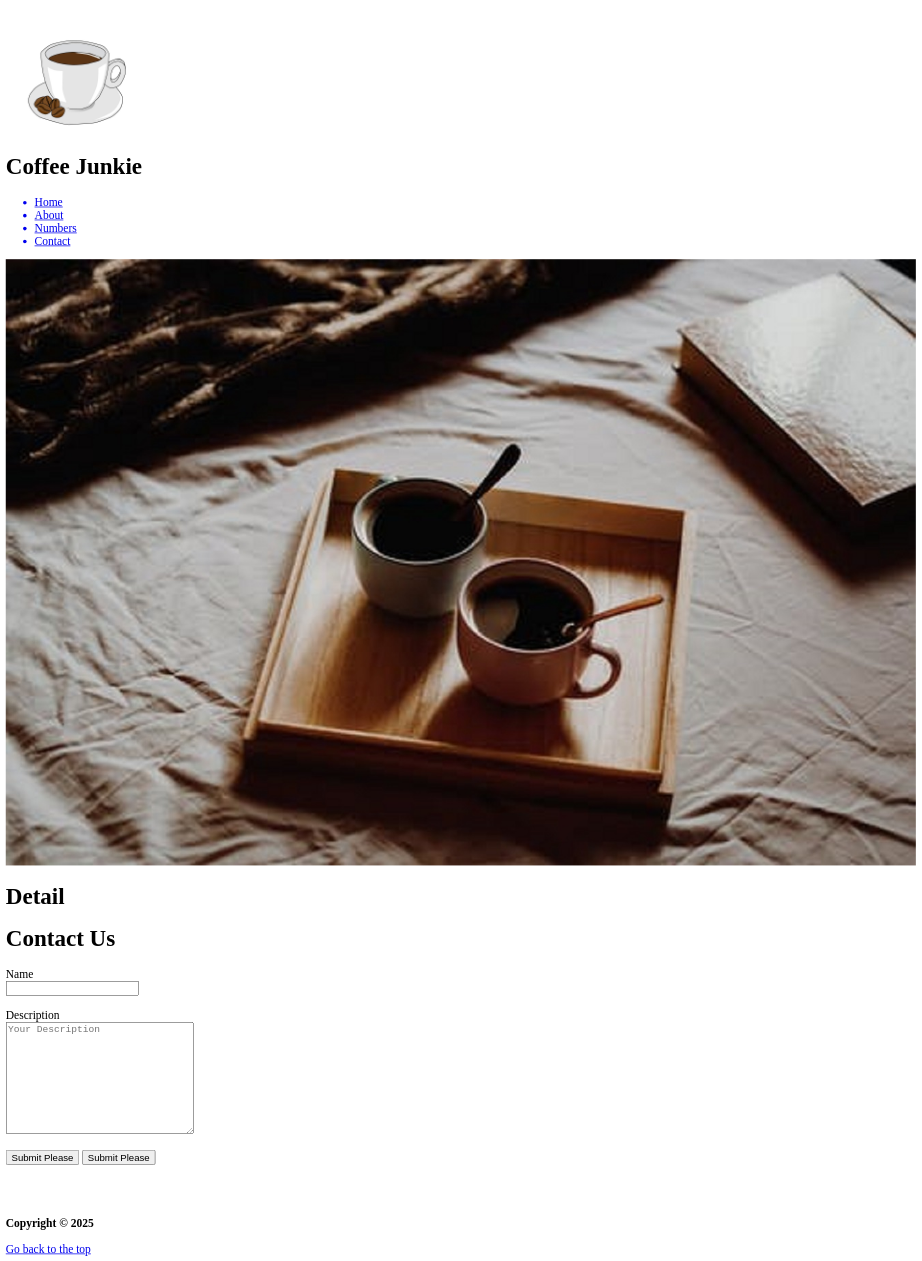
Repository: Tranghii/HTML-CSS
Page: HTML&CSS/miniExercise/index.html
An editor plug-in stored every save of this project. The page is shown before and after a run of saves, followed by the edit.
The browser window is 1280 px wide. The pictures show the whole page, at 72% of full size.

Above is the page before, as saved 2025-10-11 22:16:58.

### HTML&CSS/miniExercise/index.html
<!DOCTYPE html>
<html lang="en">
<head>
    <meta charset="UTF-8">
    <meta name="viewport" content="width=device-width, initial-scale=1.0">
    <title>Coffee Junkie Home</title>
</head>
<body>
    <div>
        <img id="top" src="images/coffeelogo.png" height="180" alt="coffee">
        <h1>Coffee Junkie</h1>
        <ul>
            <a href="#"><li>Home</li></a>
            <a href="about.html"><li>About</li></a>
            <a href="number.html"><li>Numbers</li></a>
            <a href="contact.html"><li>Contact</li></a>
        </ul>
        <img src="images/coffeeimage.jpeg" width="100%" alt="coffee">

        <div id="Detail">
            <h1>Detail</h1>
            <h2></h2>
            <form action="">
                <h1>Contact Us</h1>
                <label for="">Name</label> <br>
                <input type="text" name="Name" id="">
                <br><br>
                <label for="">Description</label><br>
                <textarea name="" id="" cols="30" rows="10" placeholder="Your Description"></textarea><br><br>
            <input type="submit" name="" value="Submit Please">
            <button type="submit"> Submit Please</button>
            </form>
            <br><br><br><br>
            <strong>Copyright &copy; 2025</strong><br><br>
            <a href="#top">Go back to the top</a>
        </div>
    </div>


</body>
</html>

After the next 4 saves:
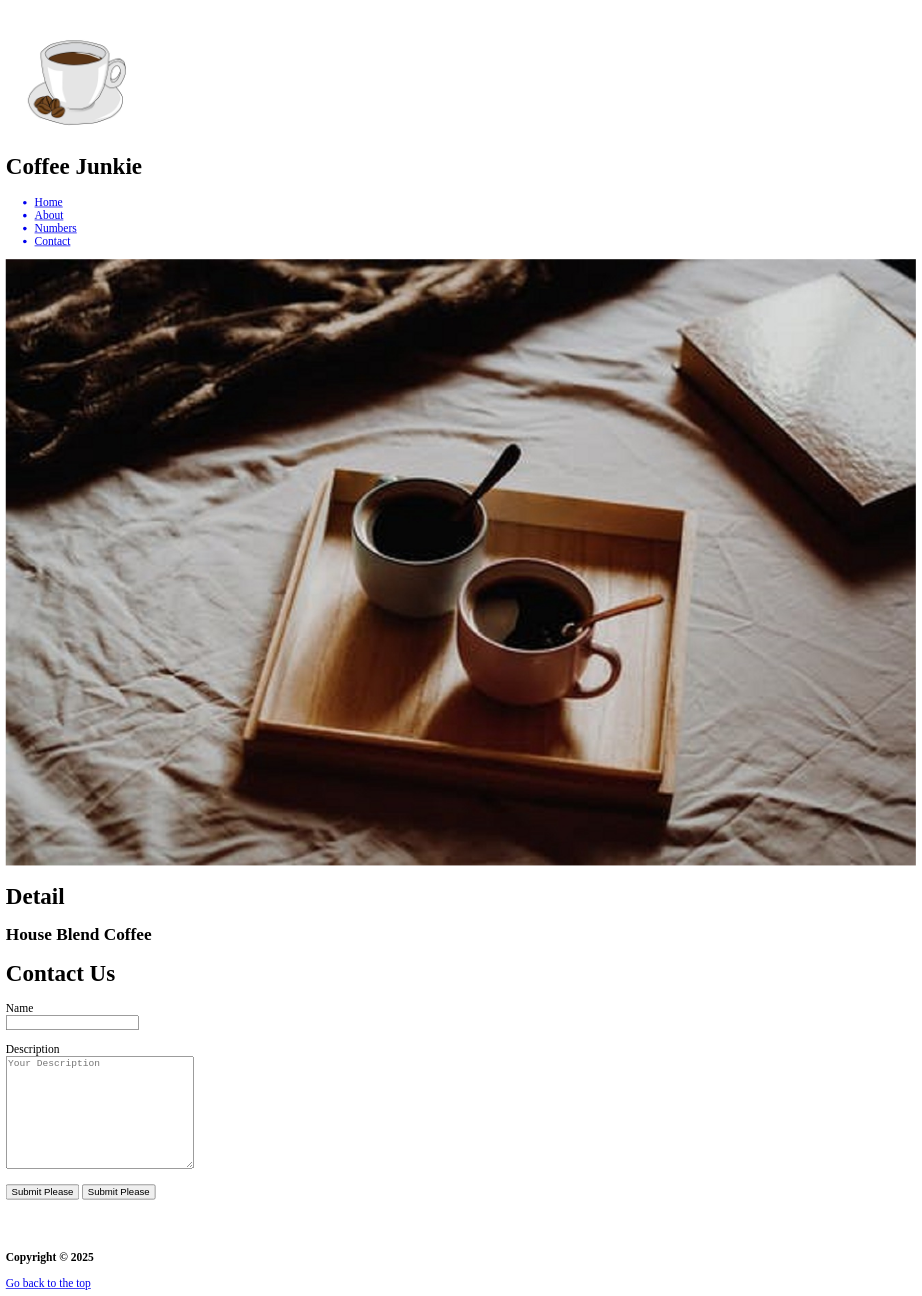
The 4 saves are shown as one change because they came seconds apart.
The last was saved 12 s later.
--- a/HTML&CSS/miniExercise/index.html
+++ b/HTML&CSS/miniExercise/index.html
@@ -19,7 +19,7 @@
 
         <div id="Detail">
             <h1>Detail</h1>
-            <h2></h2>
+            <h2>House Blend Coffee</h2>
             <form action="">
                 <h1>Contact Us</h1>
                 <label for="">Name</label> <br>
